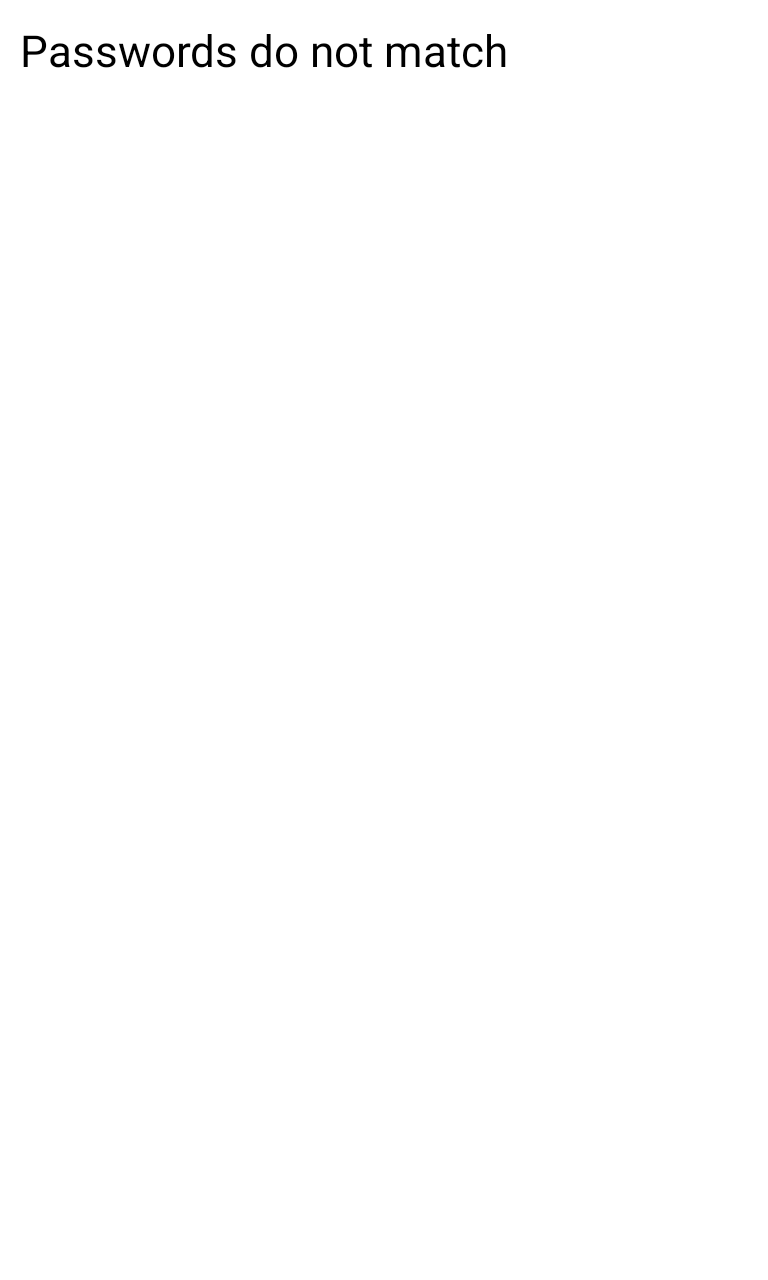
Repository: MarinIuliana/UPB-DILS-MD
Layout: KeyRing/res/layout/masterpass_setup_fail.xml
The author's editor kept a copy of each file at every save. The layout is drawn from the files as they stood at one save, then again after the next save.
It is drawn on a 768 x 1280 px phone screen (xhdpi) without system bars, with theme AppTheme; the app's code is not run.

Above is the layout before, as saved 2013-11-10 12:55:22.

### KeyRing/res/layout/masterpass_setup_fail.xml
<?xml version="1.0" encoding="utf-8"?>
<LinearLayout xmlns:android="http://schemas.android.com/apk/res/android"
    android:layout_width="match_parent"
    android:layout_height="match_parent"
    android:orientation="vertical" >

    <TextView
        android:id="@+id/textView1"
        android:layout_width="wrap_content"
        android:layout_height="wrap_content"
        android:layout_margin="10dp"
        android:text="@string/passwords_dont_match"
        android:textAppearance="?android:attr/textAppearanceLarge" />

</LinearLayout>

### KeyRing/res/values/strings.xml
<?xml version="1.0" encoding="utf-8"?>
<resources>

    <string name="app_name">KeyRing</string>
    <string name="action_settings">Settings</string>
    <string name="hello_world">Hello world!</string>
    <string name="welcome">Welcome to KeyRing!</string>
    <string name="masterPassSetup1">Enter MasterPass</string>
    <string name="masterPassSetup2">Retype MasterPass</string>
    <string name="ok">OK</string>
    <string name="passwords_dont_match">Passwords do not match</string>

</resources>

Loaded but not shown: KeyRing/res/values/styles.xml (common file); KeyRing/res/values-v11/styles.xml (common file); KeyRing/res/values-v14/styles.xml (common file)

After the next save:
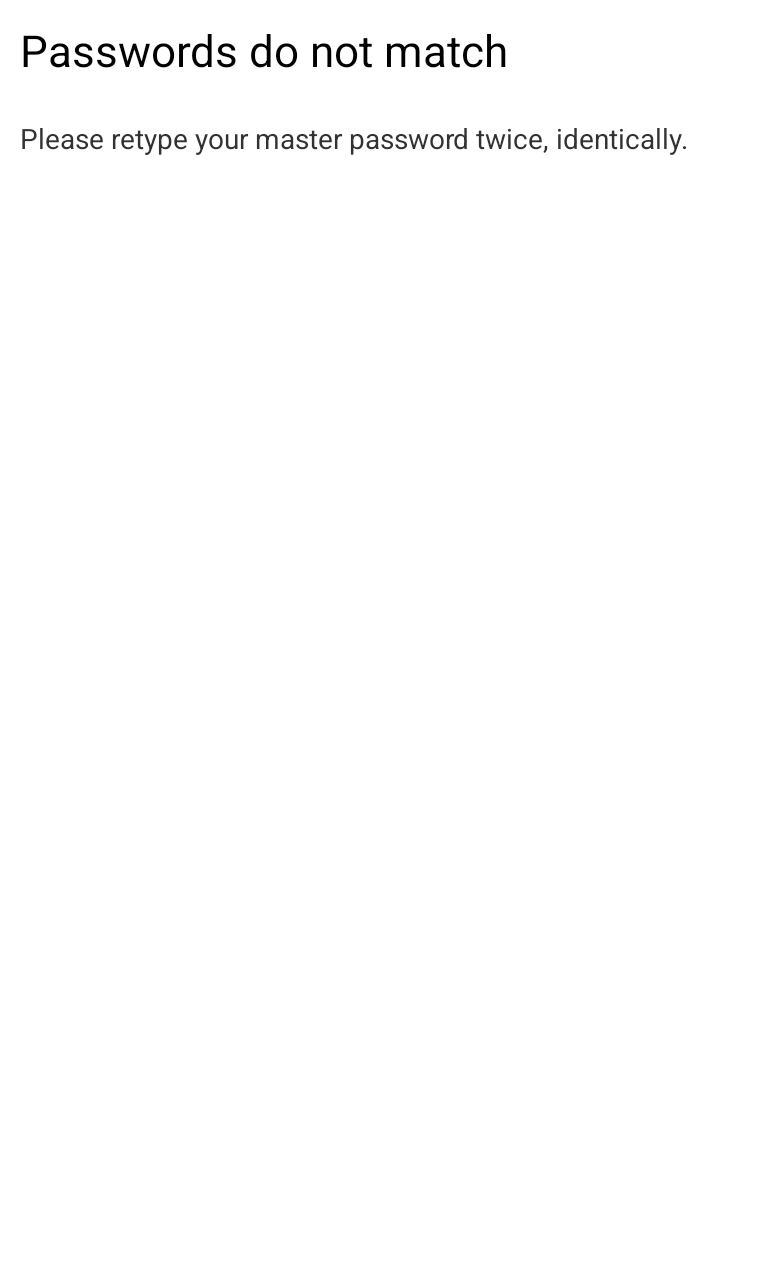
Saved 24 min 2 s later.
--- a/KeyRing/res/layout/masterpass_setup_fail.xml
+++ b/KeyRing/res/layout/masterpass_setup_fail.xml
@@ -12,4 +12,11 @@
         android:text="@string/passwords_dont_match"
         android:textAppearance="?android:attr/textAppearanceLarge" />
 
+    <TextView
+        android:id="@+id/textView2"
+        android:layout_width="wrap_content"
+        android:layout_height="wrap_content"
+        android:layout_margin="10dp"
+        android:text="Please retype your master password twice, identically." />
+
 </LinearLayout>
